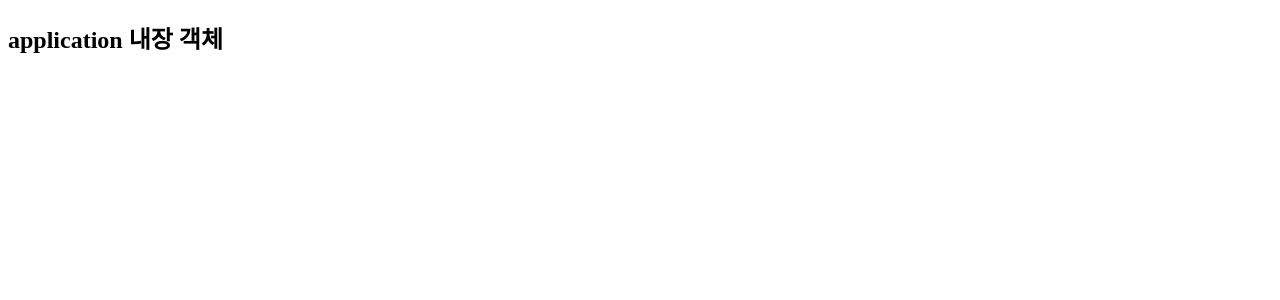
Repository: matodale/StudyJSP
Page: http://localhost/StudyJSP/ch07/applicationTest.jsp
An editor plug-in stored every save of this project. The page is shown before and after a run of saves, followed by the edit.
The browser window is 1280 px wide. The pictures show the whole page.
The page is served by Tomcat 9.

Above is the page before, as saved 2022-12-21 09:57:58.

After the next 2 saves:
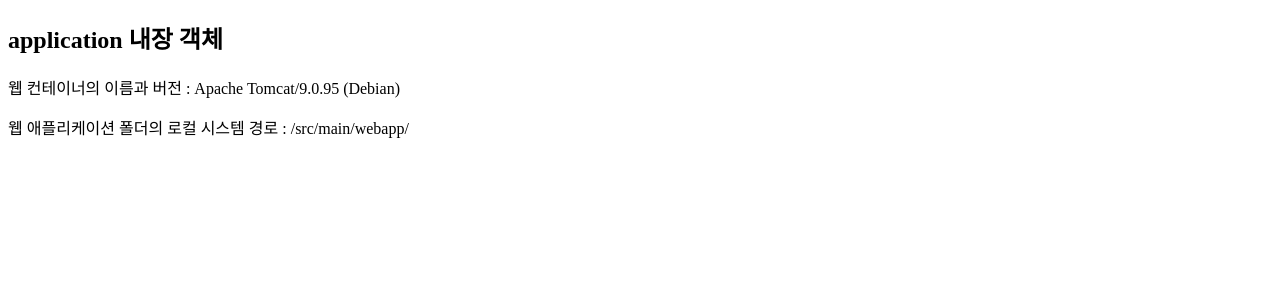
The 2 saves are shown as one change because they came seconds apart.
The last was saved 64 s later.
--- a/StudyJSP/src/main/webapp/ch07/applicationTest.jsp
+++ b/StudyJSP/src/main/webapp/ch07/applicationTest.jsp
@@ -1,5 +1,5 @@
 <%@ page language="java" contentType="text/html; charset=UTF-8"
-    pageEncoding="UTF-8"%>
+	pageEncoding="UTF-8"%>
 <!DOCTYPE html>
 <html>
 <head>
@@ -7,12 +7,17 @@
 <title>application 내장 객체</title>
 </head>
 <body>
-<h2>application 내장 객체</h2>
-<%
+	<h2>application 내장 객체</h2>
+	<%
 String info = application.getServerInfo();
 String path = application.getRealPath("/");
 application.log("로그 기록");
 %>
-
+	<p>
+		웹 컨테이너의 이름과 버전 :
+		<%=info%></p>
+	<p>
+		웹 애플리케이션 폴더의 로컬 시스템 경로 :
+		<%=path%></p>
 </body>
 </html>
